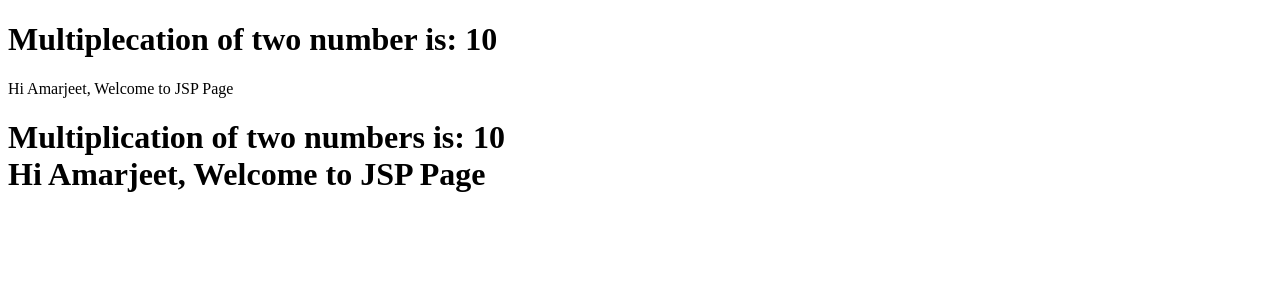
Repository: amarjeetcs/Besant-JSP
Page: http://localhost/HelloWorldUsingJsp/index1.jsp
An editor plug-in stored every save of this project. The page is shown before and after the next save, followed by the edit.
The browser window is 1280 px wide. The pictures show the whole page.
The page is served by Tomcat 9. Other server files are loaded and not shown.

Above is the page before, as saved 2024-09-13 04:26:22.

### HelloWorldUsingJsp/src/main/webapp/index1.jsp
<%@ page language="java" contentType="text/html; charset=UTF-8"
    pageEncoding="UTF-8"%>
<!DOCTYPE html>
<html>
<head>
<meta charset="UTF-8">
<title>Insert title here</title>
</head>
<body>

<h1>Multiplecation of two number is: <% out.print(2*5);%></h1> <!--  scriptlet tage -->
<% out.print("Hi Amarjeet, Welcome to JSP Page");%>
<% System.out.println(2*5);%>



<h1>Multiplication of two numbers is:
    <%
        out.print(2 * 5);
        out.print("<br>Hi Amarjeet, Welcome to JSP Page<br>");
        System.out.println(2 * 5);
    %>
</h1>



</body>
</html>

After the next save:
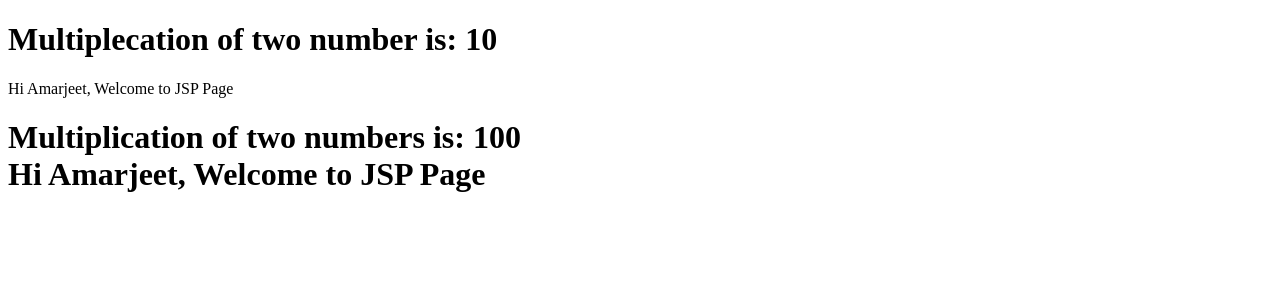
Saved 9 s later.
--- a/HelloWorldUsingJsp/src/main/webapp/index1.jsp
+++ b/HelloWorldUsingJsp/src/main/webapp/index1.jsp
@@ -16,7 +16,7 @@
 
 <h1>Multiplication of two numbers is:
     <%
-        out.print(2 * 5);
+        out.print(2 * 50);
         out.print("<br>Hi Amarjeet, Welcome to JSP Page<br>");
         System.out.println(2 * 5);
     %>
